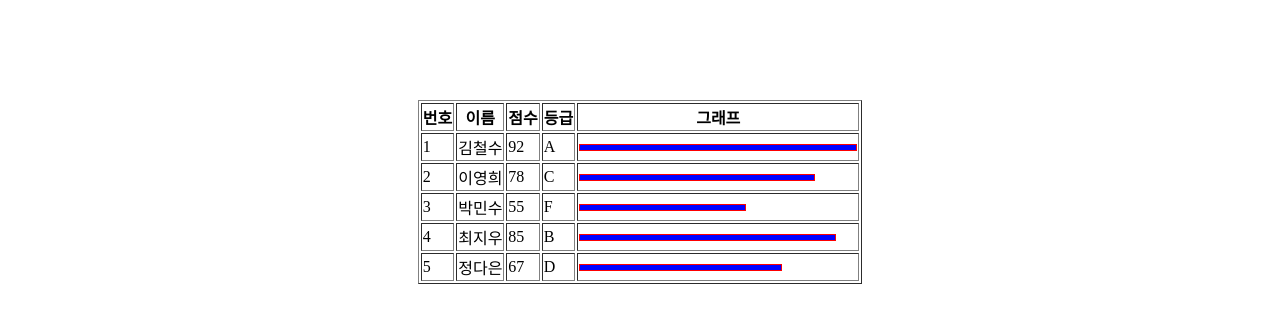
Repository: kkw3202/Jsp2026
Page: http://localhost/chapter01/example_score.jsp
These files come from the project's save history. The page is drawn as it stood at one moment and after the next save; the edit follows.
The browser window is 1280 px wide. The pictures show the whole page.
The page is served by Tomcat 9.

Above is the page before, as saved 2026-10-16 04:40:02.

### chapter01/src/main/webapp/example_score.jsp
<%@ page language="java" contentType="text/html; charset=UTF-8"
    pageEncoding="UTF-8" import="java.util.*"%>
<!DOCTYPE html>
<html>
<head>
<meta charset="UTF-8">
<title>Insert title here</title>
<style type="text/css">
	table{
		margin: 100px auto;
	}
	div{
		background-color: blue;
		height: 5px;
		border: 1px solid red;
	}
</style>
</head>
<body>
	<%!
	String[] names = {"김철수", "이영희", "박민수", "최지우", "정다은"};
	int[] scores = {92, 78, 55, 85, 67};
	%>
	<table border="1px">
		<thead>
			<tr>
				<th>번호</th>
				<th>이름</th>
				<th>점수</th>
				<th>등급</th>
				<th>그래프</th>
			</tr>
		</thead>
		<tbody>
		<%! public char getGrade(int score){
			return (score >= 90 ?  'A' :
						score >= 80 ? 'B' :
							score >= 70 ? 'C' :
								score >= 60 ? 'D' : 'F');
		}
		 %>
			<%
			for(int i = 0; i<names.length; i++){
				out.print("<tr>");
					out.print("<td>"+(i+1)+"</td>");
					out.print("<td>"+names[i]+"</td>");
					out.print("<td>"+scores[i]+"</td>");
					out.print("<td>"+ getGrade(scores[i]) +"</td>");
					out.print("<td><div style='width:" + scores[i]*3 + "px'" + "></div></td>");


				out.print("</tr>");
			}
			%>
		</tbody>
	</table>
</body>
</html>

After the next save:
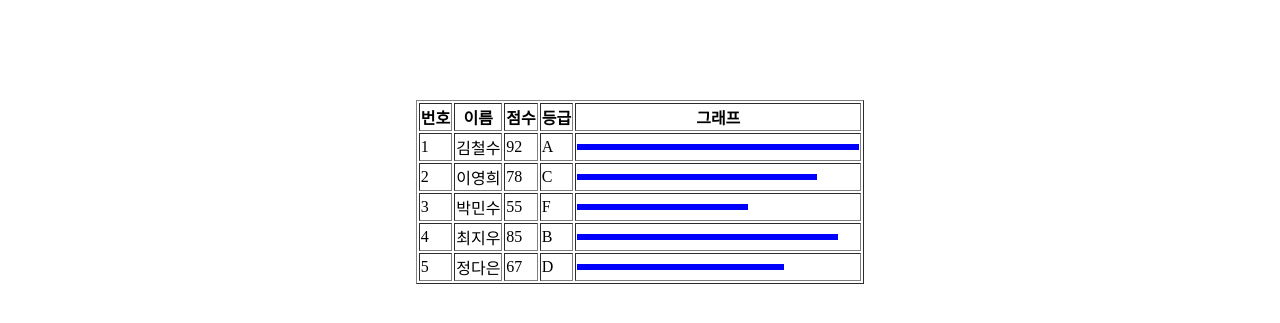
Saved 17 s later.
--- a/chapter01/src/main/webapp/example_score.jsp
+++ b/chapter01/src/main/webapp/example_score.jsp
@@ -10,9 +10,7 @@
 		margin: 100px auto;
 	}
 	div{
-		background-color: blue;
-		height: 5px;
-		border: 1px solid red;
+		border: 3px solid blue;
 	}
 </style>
 </head>
